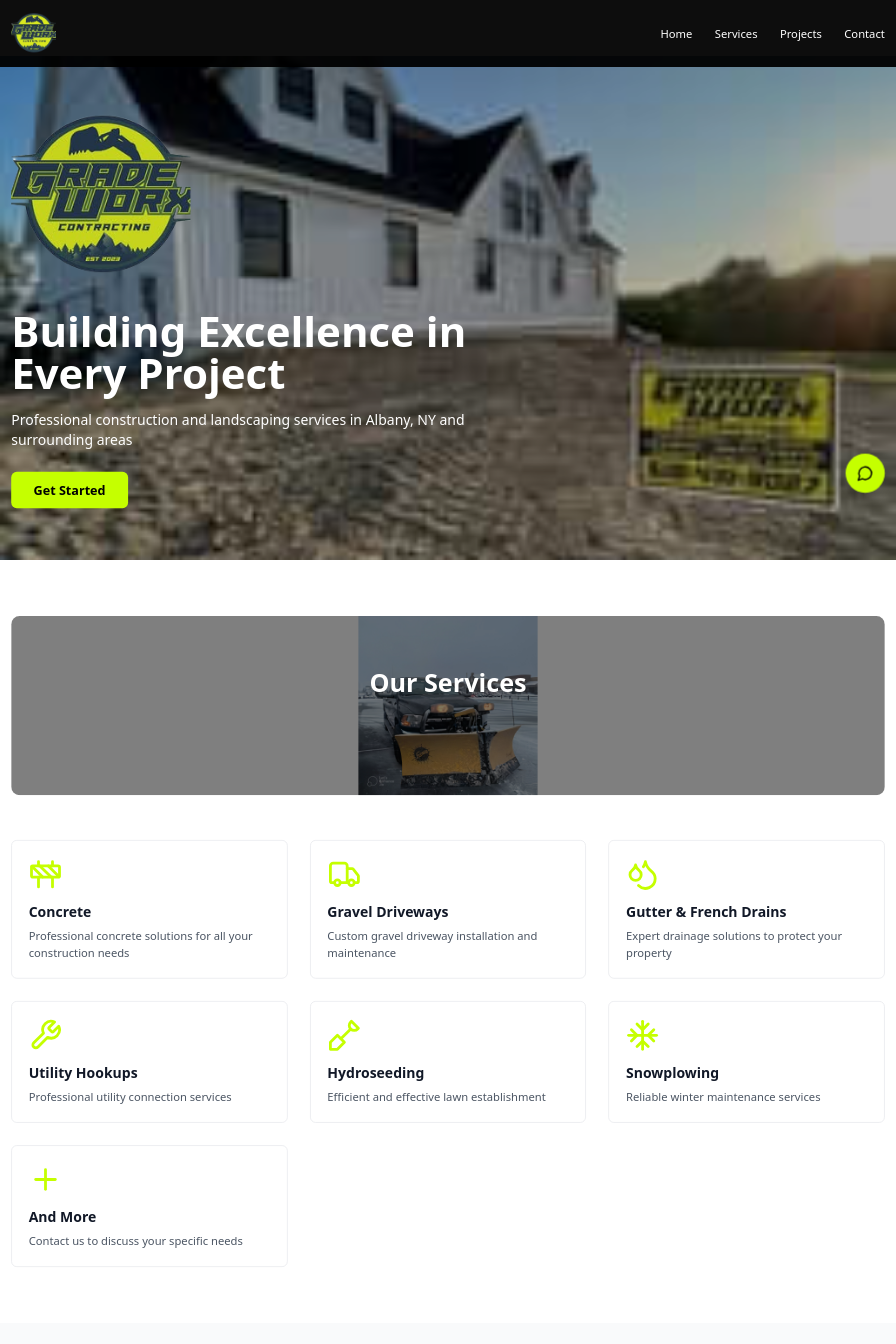
Repository: gabe126679/GradeWorx
Page: /
These files come from the project's save history. The page is drawn as it stood at one moment and after the next save; the edit follows.
The browser window is 1280 px wide. The pictures show the part of the page from y = 0 to 1920 px (the page is 3566 px tall), at 70% of full size.
The project was rebuilt for these pictures with package versions that can differ from the ones it lists, and the page was loaded fresh each time. Also part of the build but not shown: vite.config.ts.

Above is the page before, as saved 2024-12-16 00:07:16.

### src/App.tsx
import React from 'react';
import Header from './components/Header';
import ChatBot from './components/ChatBot';
import { Home } from './pages/Home';
import { Services } from './pages/Services';
import { Projects } from './pages/Projects';
import { Contact } from './pages/Contact';

function App() {
  return (
    <div className="min-h-screen bg-gray-50">
      <Header />
      <main className="pt-20">
        <Home />
        <Services />
        <Projects />
        <Contact />
      </main>
      <ChatBot />
    </div>
  );
}

export default App;

### src/index.css
@tailwind base;
@tailwind components;
@tailwind utilities;

html {
  scroll-behavior: smooth;
}

body {
  @apply text-gray-900;
}

.prose {
  @apply text-gray-600 leading-relaxed;
}

### src/components/Header.tsx
import React from 'react';
import { Menu, X } from 'lucide-react';
import { useState } from 'react';
import { Link } from './Navigation';

export default function Header() {
  const [isOpen, setIsOpen] = useState(false);

  return (
    <header className="fixed w-full bg-black/95 text-white z-50">
      <nav className="container mx-auto px-4 py-4">
        <div className="flex items-center justify-between">
          <Link href="/" className="flex items-center space-x-2">
            <img
              src="/images/logo.png"
              alt="Gradeworx Logo"
              className="h-16 w-auto"
              style={{ filter: 'brightness(1.1)' }}
            />
          </Link>

          {/* Desktop Navigation */}
          <div className="hidden md:flex space-x-8">
            <Link href="#home">Home</Link>
            <Link href="#services">Services</Link>
            <Link href="#projects">Projects</Link>
            <Link href="#contact">Contact</Link>
          </div>

          {/* Mobile Navigation Button */}
          <button
            className="md:hidden"
            onClick={() => setIsOpen(!isOpen)}
          >
            {isOpen ? <X size={24} /> : <Menu size={24} />}
          </button>
        </div>

        {/* Mobile Navigation Menu */}
        {isOpen && (
          <div className="md:hidden pt-4 pb-6">
            <div className="flex flex-col space-y-4">
              <Link href="#home" onClick={() => setIsOpen(false)}>Home</Link>
              <Link href="#services" onClick={() => setIsOpen(false)}>Services</Link>
              <Link href="#projects" onClick={() => setIsOpen(false)}>Projects</Link>
              <Link href="#contact" onClick={() => setIsOpen(false)}>Contact</Link>
            </div>
          </div>
        )}
      </nav>
    </header>
  );
}

### src/components/ChatBot.tsx
import React, { useState } from 'react';
import { MessageCircle, X } from 'lucide-react';

export default function ChatBot() {
  const [isOpen, setIsOpen] = useState(false);

  return (
    <div className="fixed bottom-4 right-4 z-50">
      {isOpen ? (
        <div className="bg-white rounded-lg shadow-xl w-80 overflow-hidden">
          <div className="bg-black p-4 flex justify-between items-center">
            <h3 className="text-white font-semibold">Chat with us</h3>
            <button onClick={() => setIsOpen(false)} className="text-white">
              <X size={20} />
            </button>
          </div>
          <div className="p-4 h-96 bg-gray-50">
            <div className="mb-4 text-sm">
              Hello! How can we help you today?
            </div>
            <textarea
              className="w-full p-2 border rounded-lg"
              placeholder="Type your message..."
              rows={3}
            />
            <button className="mt-2 bg-[#c5ff00] text-black px-4 py-2 rounded-lg w-full hover:bg-[#a3d600] transition-colors">
              Send Message
            </button>
          </div>
        </div>
      ) : (
        <button
          onClick={() => setIsOpen(true)}
          className="bg-[#c5ff00] text-black p-4 rounded-full shadow-lg hover:bg-[#a3d600] transition-colors"
        >
          <MessageCircle size={24} />
        </button>
      )}
    </div>
  );
}

### src/pages/Home.tsx
export function Home() {
  return (
    <section id="home" className="relative h-screen">
      <div
        className="absolute inset-0 bg-cover bg-center"
        style={{
          backgroundImage: 'url("/images/cover.jpg")',
          filter: 'brightness(0.7)'
        }}
      />
      <div className="relative h-full flex items-center">
        <div className="container mx-auto px-4">
          <div className="max-w-3xl">
            <img
              src="/images/logo.png"
              alt="Gradeworx Logo"
              className="w-64 mb-8"
            />
            <h1 className="text-5xl md:text-6xl font-bold text-white mb-6">
              Building Excellence in Every Project
            </h1>
            <p className="text-xl text-white mb-8">
              Professional construction and landscaping services in Albany, NY and surrounding areas
            </p>
            <a
              href="#contact"
              className="bg-[#c5ff00] text-black px-8 py-3 rounded-lg text-lg font-semibold hover:bg-[#a3d600] transition-colors inline-block"
            >
              Get Started
            </a>
          </div>
        </div>
      </div>
    </section>
  );
}

### src/pages/Services.tsx
import { Section } from '../components/ui/Section';
import { SectionTitle } from '../components/ui/SectionTitle';
import { ServiceCard } from '../components/ServiceCard';
import { services } from '../data/services';

export function Services() {
  return (
    <Section id="services" className="bg-white">
      <div className="relative mb-16 h-64 rounded-xl overflow-hidden">
        <img
          src="/images/service1.jpg"
          alt="Our Services"
          className="w-full h-full object-contain"
        />
        <div className="absolute inset-0 bg-black/50 flex items-center justify-center">
          <SectionTitle className="text-white mb-0">Our Services</SectionTitle>
        </div>
      </div>
      <div className="grid grid-cols-1 md:grid-cols-2 lg:grid-cols-3 gap-8">
        {services.map((service, index) => (
          <ServiceCard key={index} {...service} />
        ))}
      </div>
    </Section>
  );
}

### src/pages/Projects.tsx
import React from 'react';

export function Projects() {
  return (
    <section id="projects" className="py-20 bg-gray-50">
      <div className="container mx-auto px-4">
        <h2 className="text-4xl font-bold text-center mb-16">Our Projects</h2>

        <div className="max-w-4xl mx-auto mb-16">
          <h3 className="text-2xl font-bold mb-6">About Gradeworx Contracting</h3>
          <div className="prose lg:prose-lg">
            <p className="mb-4">
              At Gradeworx Contracting, we are dedicated to delivering top-notch construction and landscaping services to Albany, NY, and the surrounding areas. With a proven track record of excellence, we specialize in a range of projects, including concrete work, gravel driveways, gutter and French drain installations, utility hookups, hydroseeding, and snowplowing.
            </p>
            <p className="mb-4">
              Our team combines skill, reliability, and a commitment to customer satisfaction, ensuring every project is completed to the highest standard. Whether it's enhancing your property with durable concrete solutions, preparing your landscape with expert grading and hydroseeding, or keeping your driveways clear in winter, Gradeworx is here to exceed your expectations.
            </p>
            <p>
              Explore our gallery to see how we've helped clients transform their properties with exceptional craftsmanship and attention to detail. Let us help you bring your next project to life!
            </p>
          </div>
        </div>

        <div className="grid grid-cols-1 md:grid-cols-2 gap-8">
          <div className="rounded-lg overflow-hidden shadow-lg">
            <img src="/images/project1.jpg" alt="Completed driveway project" className="w-full h-64 object-cover" />
            <div className="p-4 bg-white">
              <h3 className="font-semibold text-xl mb-2">Driveway Installation</h3>
              <p className="text-gray-600">Professional driveway installation with attention to detail</p>
            </div>
          </div>
          <div className="rounded-lg overflow-hidden shadow-lg">
            <img src="/images/project2.jpg" alt="Landscaping project" className="w-full h-64 object-cover" />
            <div className="p-4 bg-white">
              <h3 className="font-semibold text-xl mb-2">Landscape Design</h3>
              <p className="text-gray-600">Beautiful landscape transformation</p>
            </div>
          </div>
        </div>
      </div>
    </section>
  );
}

### src/pages/Contact.tsx
import React from 'react';
import { Phone, Mail, MapPin } from 'lucide-react';
import { Section } from '../components/ui/Section';
import { SectionTitle } from '../components/ui/SectionTitle';
import { Input } from '../components/ui/Input';
import { Button } from '../components/ui/Button';

export function Contact() {
  return (
    <Section id="contact" className="bg-black text-white">
      <SectionTitle>Contact Us</SectionTitle>

      <div className="grid grid-cols-1 md:grid-cols-2 gap-12 max-w-4xl mx-auto">
        <div>
          <h3 className="text-2xl font-semibold mb-6">Get in Touch</h3>
          <div className="space-y-4">
            <div className="flex items-center space-x-4">
              <Phone className="text-[#c5ff00]" />
              <a href="tel:518-477-0158" className="hover:text-[#c5ff00] transition-colors">
                518-477-0158
              </a>
            </div>
            <div className="flex items-center space-x-4">
              <Mail className="text-[#c5ff00]" />
              <a href="mailto:info@gradeworxcontracting.com" className="hover:text-[#c5ff00] transition-colors">
                info@gradeworxcontracting.com
              </a>
            </div>
            <div className="flex items-center space-x-4">
              <MapPin className="text-[#c5ff00]" />
              <span>Albany, NY and surrounding areas</span>
            </div>
          </div>
        </div>

        <form className="space-y-4">
          <Input label="Name" type="text" />
          <Input label="Email" type="email" />
          <div>
            <label className="block mb-2">Message</label>
            <textarea
              rows={4}
              className="w-full p-2 rounded-lg bg-gray-800 border border-gray-700 focus:border-[#c5ff00] focus:outline-none"
            ></textarea>
          </div>
          <Button type="submit">Send Message</Button>
        </form>
      </div>
    </Section>
  );
}

### src/components/Navigation.tsx
import React from 'react';

interface LinkProps {
  href: string;
  children: React.ReactNode;
  className?: string;
  onClick?: () => void;
}

export function Link({ href, children, className = '', onClick }: LinkProps) {
  return (
    <a
      href={href}
      className={`text-white hover:text-[#c5ff00] transition-colors ${className}`}
      onClick={onClick}
    >
      {children}
    </a>
  );
}

### src/components/ui/Section.tsx
import React from 'react';

interface SectionProps {
  id: string;
  className?: string;
  children: React.ReactNode;
}

export function Section({ id, className = '', children }: SectionProps) {
  return (
    <section id={id} className={`py-20 ${className}`}>
      <div className="container mx-auto px-4">
        {children}
      </div>
    </section>
  );
}

### src/components/ui/SectionTitle.tsx
import React from 'react';

interface SectionTitleProps {
  children: React.ReactNode;
  className?: string;
}

export function SectionTitle({ children, className = '' }: SectionTitleProps) {
  return (
    <h2 className={`text-4xl font-bold text-center mb-16 ${className}`}>
      {children}
    </h2>
  );
}

### src/components/ServiceCard.tsx
import React from 'react';
import { LucideIcon } from 'lucide-react';

interface ServiceCardProps {
  icon: LucideIcon;
  title: string;
  description: string;
}

export function ServiceCard({ icon: Icon, title, description }: ServiceCardProps) {
  return (
    <div className="p-6 border rounded-lg hover:shadow-lg transition-shadow">
      <Icon className="w-12 h-12 text-[#c5ff00] mb-4" />
      <h3 className="text-xl font-semibold mb-2">{title}</h3>
      <p className="text-gray-600">{description}</p>
    </div>
  );
}

### src/data/services.ts
import {
  Construction,
  Truck,
  Droplets,
  Wrench,
  Snowflake,
  Shovel,
  Plus
} from 'lucide-react';

export const services = [
  {
    icon: Construction,
    title: 'Concrete',
    description: 'Professional concrete solutions for all your construction needs'
  },
  {
    icon: Truck,
    title: 'Gravel Driveways',
    description: 'Custom gravel driveway installation and maintenance'
  },
  {
    icon: Droplets,
    title: 'Gutter & French Drains',
    description: 'Expert drainage solutions to protect your property'
  },
  {
    icon: Wrench,
    title: 'Utility Hookups',
    description: 'Professional utility connection services'
  },
  {
    icon: Shovel,
    title: 'Hydroseeding',
    description: 'Efficient and effective lawn establishment'
  },
  {
    icon: Snowflake,
    title: 'Snowplowing',
    description: 'Reliable winter maintenance services'
  },
  {
    icon: Plus,
    title: 'And More',
    description: 'Contact us to discuss your specific needs'
  }
];

### src/components/ui/Input.tsx
import React from 'react';

interface InputProps extends React.InputHTMLAttributes<HTMLInputElement> {
  label: string;
}

export function Input({ label, className = '', ...props }: InputProps) {
  return (
    <div>
      <label className="block mb-2">{label}</label>
      <input
        className={`w-full p-2 rounded-lg bg-gray-800 border border-gray-700 focus:border-[#c5ff00] focus:outline-none ${className}`}
        {...props}
      />
    </div>
  );
}

### src/components/ui/Button.tsx
import React from 'react';

interface ButtonProps extends React.ButtonHTMLAttributes<HTMLButtonElement> {
  variant?: 'primary' | 'secondary';
  children: React.ReactNode;
}

export function Button({ variant = 'primary', className = '', children, ...props }: ButtonProps) {
  const baseStyles = 'px-6 py-2 rounded-lg font-semibold transition-colors';
  const variants = {
    primary: 'bg-[#c5ff00] text-black hover:bg-[#a3d600]',
    secondary: 'bg-gray-800 text-white hover:bg-gray-700'
  };

  return (
    <button
      className={`${baseStyles} ${variants[variant]} ${className}`}
      {...props}
    >
      {children}
    </button>
  );
}

Loaded but not shown: index.html (common file); src/main.tsx (common file); tailwind.config.js (common file)

After the next save:
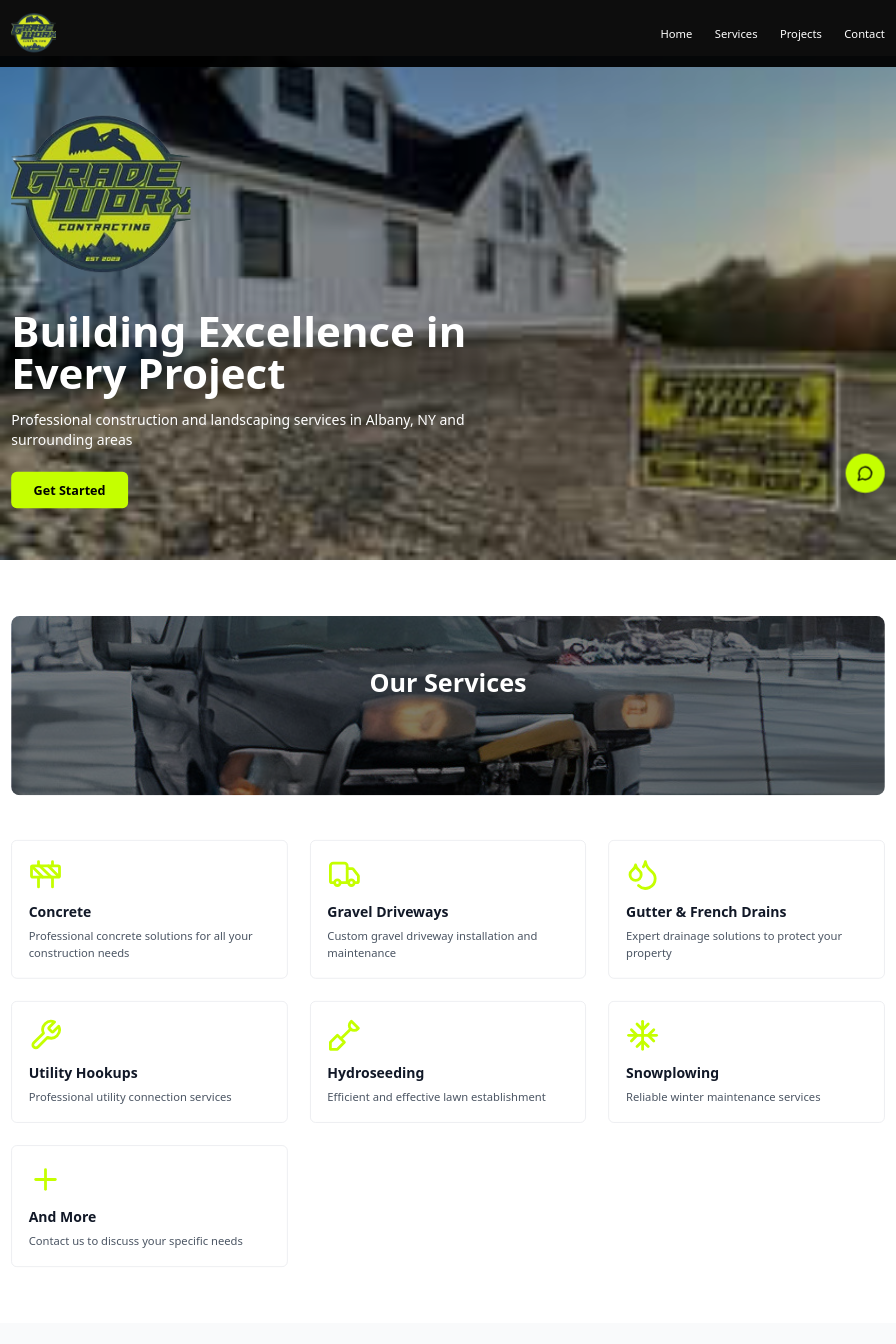
Saved 5 s later.
--- a/src/pages/Services.tsx
+++ b/src/pages/Services.tsx
@@ -10,7 +10,7 @@
         <img
           src="/images/service1.jpg"
           alt="Our Services"
-          className="w-full h-full object-contain"
+          className="w-full h-full object-cover"
         />
         <div className="absolute inset-0 bg-black/50 flex items-center justify-center">
           <SectionTitle className="text-white mb-0">Our Services</SectionTitle>
